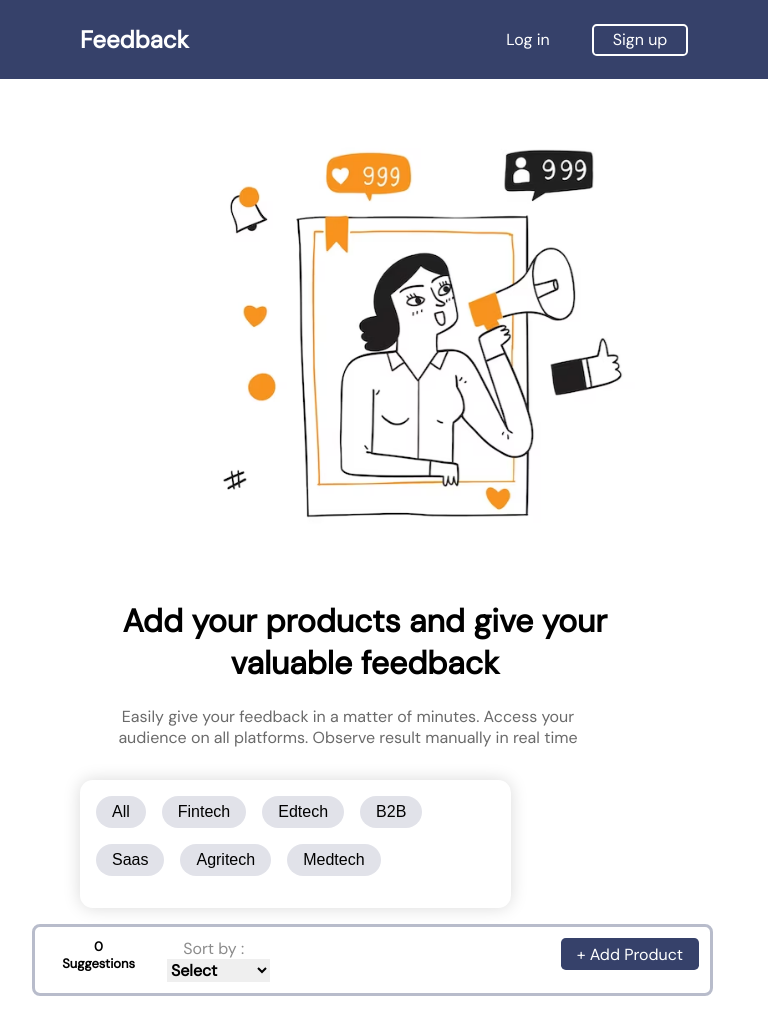
Repository: drumsmanku/final-evaluation-test
Page: / (app in client/)
An editor plug-in stored every save of this project. The page is shown before and after the next save, followed by the edit.
The browser window is 768 px wide. The pictures show the whole page.
The page's requests for data from a server got no answer. The project was rebuilt for these pictures with package versions that can differ from the ones it lists, and the page was loaded fresh each time. No one was signed in, and anything a server would have sent is missing. Also part of the build but not shown: client/src/CSS/LoginPopUp.css, client/src/Components/LoginPopUp.js, client/src/CSS/SignupPopUp.css, client/src/Components/SignupPopUp.js, client/src/CSS/AddProductPopUp.css, client/src/Components/AddProductPopUp.js, client/src/Components/CommentsSection.js, client/src/CSS/SignUp.css and 3 more.

Above is the page before, as saved 2023-08-01 00:46:11.

### client/src/App.js
import './App.css';
import { BrowserRouter as Router, Route, Routes} from 'react-router-dom';
import MainPage from './Components/MainPage';
import SignUp from './Components/SignUp';
import Login from './Components/Login';
function App() {
  return (
    <div className="App">
      <Router>
        <Routes>
          <Route path='/' element={<MainPage/>}/>
          <Route path='/signup' element={<SignUp/>}/>
          <Route path='/login' element={<Login/>}/>
        </Routes>
      </Router>
    </div>
  );
}

export default App;

### client/src/Components/MainPage.js
import React, {useState, useEffect, useMemo} from 'react';
import '../CSS/MainPage.css';
import profile from'../Assets/profilepic.webp';
import img1 from '../Assets/frontphoto.png';
import axios from 'axios';
import comments from '../Assets/comments.png';
import { useNavigate } from 'react-router-dom';
import LoginPopUp from './LoginPopUp';
import SignupPopUp from './SignupPopUp';
import AddProductPopUp from './AddProductPopUp';
import CommentsSection from './CommentsSection';
import upvote from '../Assets/upvote.png';
import comment1 from '../Assets/comment1.png';

const buttonTitles=['All', 'Fintech', 'Edtech', 'B2B', 'Saas', 'Agritech', 'Medtech'];
const buttonStyles={
  padding:'0.2rem 1rem 0.2rem 1rem',
  backgroundColor:'#36416A26',
  fontSize:'medium',
  borderRadius:'1rem',
  border:'none',
  margin:'0 1rem 1rem 0',
  height:'2rem',
  textAlign:'center',
}
const productCardsStyles={
  padding:'1rem',

  width:'98%',
  marginBottom:'1rem',
  display: 'flex',
  borderRadius:'0.5rem'
}
const tagStyles={
  paddingRight:'1.3em',
  paddingLeft:'1.3em',
  backgroundColor:'#C0CEFF',
  fontSize:'small',
  borderRadius:'1rem',
  border:'none',
  height:'1.5rem',
  textAlign:'center',
  display:'flex',
  alignItems:'center',
  marginRight:'1rem',
}

function MainPage() {
  const navigate =useNavigate()
  const [categorySet, setCategorySet]=useState([]);
  const [user, setUser] = useState(localStorage.getItem('user'));
  const [isLoggedIn, setIsLoggedIn]=useState(false);
  const [products, setProdcts]=useState([]);
  const [showLoginModal, setShowLoginModal] = useState(false);
  const [showSignupModal, setShowSignupModal] = useState(false);
  const [showAddModal, setShowAddModal] = useState(false);
  const [isVisible, setIsVisible] = useState(false);
  const [commentProductId, setCommentProductId] = useState(null);
  const [commentsLength, setCommentsLength]=useState(0);
  const [productCounts, setProductCounts] = useState({});
  const [upvotes, setUpvotes]=useState(0);
  const [sortOption, setSortOption] = useState('Select');


  useEffect(()=>{
    const User=localStorage.getItem('user');
    if(User){
      setIsLoggedIn(true);
    }

  }, []);




  const handleLogin = () => {
    setShowLoginModal(true);
  };
  const handleSignup = () => {
    setShowSignupModal(true);
  };
  const handleAdd = () => {
    if (isLoggedIn) {
      setShowAddModal(true);
    } else {
      setShowSignupModal(true);
    }
  };

  const handleShowComments = (productId) => {
    setCommentProductId(productId);
  };
  const handleLogout=()=>{
    localStorage.removeItem('user');
    setIsLoggedIn(false);
    navigate('/login');
  }
  const handleCategoryClick=(event)=>{
    const currentCat=event.target.value;
    if(!categorySet.includes(currentCat)){
      setCategorySet([...categorySet, event.target.value]);
      event.target.style.backgroundColor="#36416A"
    }
    else{
      setCategorySet(categorySet.filter(cat=>cat!=currentCat))
      event.target.style.backgroundColor="#36416A26"
    }

  }

  useEffect(()=>{
    const category=categorySet
    axios.get(`http://localhost:4000/get-prods?category=${category.join(',')}`)
    .then((res)=>{setProdcts(res.data.products);console.log(res.data.products)})
    .catch(err=>console.log(err))

  }, [categorySet]);

  const handleUpvotes=(prodId, event)=>{

    axios.post('http://localhost:4000/add-upvote', {
      productId: prodId,
      upvoteCount:1,
    })
    .then(window.location.reload())
    .catch(err=>console.log(err))
  }

  const sortedProducts = useMemo(() => {
    if (sortOption === 'upvotes') {
      return [...products].sort((a, b) => (b.upvoteCount || 0) - (a.upvoteCount || 0));
    } else if (sortOption === 'comments') {
      return [...products].sort((a, b) => (b.commentsCount || 0) - (a.commentsCount || 0));
    }
    return products;
  }, [products, sortOption]);



  return (
    <div className='main-container'>
      <div className="main-top-container">
        <div className='navbar' >
          <div style={{display:'flex',width:'100%', justifyContent:' space-between', alignItems:'center',}}>
          <h3 style={{marginLeft:'5rem', color:'white', fontSize:'1.5rem'}}>Feedback</h3>
          <div style={{display:'flex', marginRight:'5rem'}}>
              {isLoggedIn ? (
                <>
                  <button style={{background:'none', fontSize:'large', border:'none', fontFamily:'DM Sans', color:'white'}} onClick={handleLogout}>Logout</button>
                  <span style={{color:'white', fontFamily:'DM Sans', fontSize:'large', display:'flex', alignItems:'center', marginLeft:'1rem'}}>Hello! {user}</span>
                  <img src={profile} alt="" height={50} width={50} style={{borderRadius:'100%', marginLeft:'1rem'}} />
                </>
              ) : (
                <>
                   <button className="btn-main-page-login" type="submit" onClick={()=>{navigate('/login')}}>
                    Log in
                  </button>
                  <button type='submit'  className='btn-main-page-register' onClick={()=>{navigate('/signup')}} >Sign up</button>
                </>
              )}



            </div>
          </div>
        </div>
        <div className="title-desc">
          <img src={img1} alt="" height={500} style={{marginLeft:'3rem'}}/>
          <div className='both-texts' style={{display:'flex', flexDirection:'column', marginLeft:'2rem'}}>
              <h1 className='main-heading' style={{maxWidth:'80%'}}> Add your products and give your valuable feedback</h1>
              <span style={{maxWidth:'75%', color:'#6A6A6A'}}>Easily give your feedback in a matter of minutes. Access your audience on all platforms. Observe result manually in real time</span>
          </div>
        </div>
      </div>
      <div className="main-bottom-container">
        <div className="bottom-left">
          <article className='apply-filter' style={{backgroundColor:'#36416A', width:'74%', color:'white', paddingTop:'2rem', borderRadius:'0.8rem', marginBottom:'2rem'}}>
            <h2 style={{marginBottom:'0.4rem',marginLeft:'1rem'}}>Feedback</h2>
            <h5 style={{marginTop:0, marginLeft:'1rem'}}>Apply Filter</h5>
          </article>
          <article className='mapped-cats'style={{width:'65%', borderRadius:'0.8rem', padding:'1em', boxShadow:'0 0 17px #00000026',}}>
             {buttonTitles.map((title, idx)=>(
              <button value={title} onClick={handleCategoryClick} style={{...buttonStyles}} key={idx}>{title}</button>
             ))}
          </article>
        </div>
        <div className="bottom-right">
          <div className='bottom-top-right'>
            <div style={{display:'flex', width:'30%', justifyContent:'space-between',marginLeft:'1rem'}}>
              <span className='suggestions' style={{ fontWeight:'bold', }}>{products.length} Suggestions</span>
              <span>
                <label style={{ fontSize: 'medium', color: '#8B8B8B', marginRight:'0.6rem' }} htmlFor="sort">Sort by :</label>
                <select className='select' style={{border:'none', outline:'none', fontFamily:'DM Sans', fontSize:'medium', fontWeight:'bold'}} value={sortOption} onChange={(e) => setSortOption(e.target.value)}>
                  <option value="Select">Select</option>
                  <option value="upvotes">Upvotes</option>
                  <option value="comments">Comments</option>
                </select>
              </span>
            </div>
            <button className='add-product-button' onClick={handleAdd}>+ Add Product</button>
          </div>
          {showLoginModal && <LoginPopUp closeModal={() => setShowLoginModal(false)} showLoginModal={showLoginModal} setShowSignupModal={setShowSignupModal} />}
          {showSignupModal && (
              <SignupPopUp
                closeModal={() => setShowSignupModal(false)}
                showSignupModal={showSignupModal}
                setShowLoginModal={setShowLoginModal}
              />
            )}
          {isLoggedIn ? (
            showAddModal && (
              <AddProductPopUp
                closeModal={() => setShowAddModal(false)}
                showAddModal={showAddModal}
              />
            )
          ) : (
            showSignupModal && (
              <SignupPopUp
                closeModal={() => setShowSignupModal(false)}
                showSignupModal={showSignupModal}
                setShowLoginModal={setShowLoginModal}
              />
            )
          )}


          <div className="product-cards">
            {
              sortedProducts.map((product, key)=>(
                <div className='main-card-container-div' style={{display:'flex', flexDirection:'column', backgroundColor:'#36416A26',marginBottom:'1rem',borderRadius:'0.5rem', padding:'0 1rem 0 1rem'}}>
                  <div style={{...productCardsStyles}}>
                    <div className='logo' style={{width:'10%'}}>{product.logoURL}</div>
                    <div style={{display:'flex', justifyContent:'space-between', width:"90%"}}>
                      <div className="card-main-info">
                        <h2 style={{marginTop:0, marginBottom:'0.5rem', color:'#36416A'}}>{product.companyName}</h2>
                        <span style={{marginBottom:'1rem'}}>{product.description}</span>
                        <div style={{display:'flex', width:'40%', justifyContent:'space-between'}}>
                          <div style={{display:'flex'}}>
                            {product.category.map((catTitle, idx)=>(
                              <span style={{...tagStyles}}>{catTitle}</span>
                            ))}
                          </div>
                          <button className='comments-button' onClick={() => handleShowComments(product._id)}> <img style={{marginRight:'0.3rem'}} src={comments} alt="" height={25}  />Comment</button>
                        </div>
                      </div>
                      <div className="upvotes">
                        <div className="upvote-container">
                          <button onClick={()=>{handleUpvotes(product._id)}} style={{background:'none', outline:'none', border:'none', cursor:'pointer'}}><img style={{}} src={upvote} alt="" /></button>
                          <span>{product.upvoteCount || 0}</span>
                        </div>
                        <div className='comments-and-edit' style={{height:'50%', display:'flex', alignItems:"center", width:'230%'}}>
                          {isLoggedIn && (<button className='edit-popup-button' type="submit" style={{ cursor:'pointer'}} >Edit</button>)}
                          <div className="comment-count" style={{}}>
                            {product.commentsCount || 0}
                            <img src={comment1} alt="" height={20} style={{marginLeft:'0.2rem'}} />
                          </div>

                        </div>
                      </div>
                    </div>
                  </div>
                  {commentProductId === product._id && <CommentsSection productId={product._id}   />}
                </div>

              ))
            }
          </div>
        </div>
      </div>
    </div>
  )
}

export default MainPage

### client/src/CSS/MainPage.css
@import url('https://fonts.googleapis.com/css2?family=DM+Sans&display=swap');

body{
  font-family: 'DM Sans';
}
.main-container{
  height: 100vh;
  width: 100vw;
  display: flex;
  flex-direction: column;

}
.main-top-container{
  width: 100%;
}
.btn-main-page-login{
  height: 2rem;
  width: 6rem;
  font-weight: 500;
  font-size: medium ;
  background: none;
  border: none;
  border-radius: 0.3rem;
  margin-left: 1rem;
  margin-bottom:0;
  color: white;
  font-family: 'DM Sans';
  cursor: pointer;
}
.btn-main-page-register{
  height: 2rem;
  width: 6rem;
  font-size: medium;
  font-weight: 500;
  background-color: #36416A;
  border: 2px solid white;
  border-radius: 0.3rem;
  margin-left: 1rem;
  margin-bottom:0;
  color: white;
  font-family: 'DM Sans';
  cursor: pointer;
}
.navbar{
  width: 100%;
  background-color: #36416A;
}
.title-desc{
  width: 100%;
  display: flex;
  align-items: center;
  justify-content: space-around;

}
.bottom-left{
  width: 20%;
  display: flex;
  flex-direction: column;
  align-items: center;
  margin-left: 2rem;

}
.bottom-right{
  width: 75%;
}
.main-bottom-container{
  width:100%;
  display: flex;
}
.bottom-top-right{
  width: 98%;
  display: flex;
  justify-content: space-between;
  border: 3px solid #36416A59;
  padding: 0.7rem;
  border-radius: 0.5rem;

}
.add-product-button{
  height: 2rem;
  font-size: medium;
  font-weight: 500;
  background-color: #36416A;
  border:none;
  border-radius: 0.3rem;
  margin-left: 1rem;
  margin-bottom:0;
  color: white;
  font-family: 'DM Sans';
  cursor: pointer;
  padding-left: 1em;
  padding-right: 1em;
}
.product-cards{
  width: 100%;
  display: flex;
  padding-top: 2rem;
  flex-direction: column;
}
.card-main-info{
  width: 100%;
  display: flex;
  flex-direction: column;
}
.comments-button{
  color: #ABABAB;
  border: none;
  outline: none;
  background: none;
  font-size: small;
  letter-spacing: 0.1rem;
  display:flex;
  align-items: center;
  cursor: pointer;
}
.upvotes{
  width: 10%;
  display: flex;
  flex-direction: column;
  align-items: center;
  justify-content: space-between;
}
.upvote-container{
  display: flex;
  flex-direction: column;
  justify-content: space-between;
  padding: 0.5rem 0.2rem 0.5rem 0.2rem;
  background-color: #C7CBD6;
  border-radius:1rem;
  align-items: center;
}
.comment-count{
  display: flex;
  align-items: center;

  height: 100%;
  width: 100%;
  margin-left: 1rem;
}
.edit-popup-button{
  padding-left: 1.7rem;
  padding-right: 1.7rem;
  color: white;
  height: 2rem;
  font-size: medium;
  border-radius: 1rem;
  border: none;
  background-color: #36416A;

}
@media (max-width: 768px) {
  .main-container {
    flex-direction: column;
  }
  .title-desc{
    flex-direction: column;
  }
  .both-texts{
    margin-bottom: 2rem;
    padding-left: 4rem;
  }
  .apply-filter{
    display: none;
  }
  .main-heading{
    max-width: 90%;
  }
  .main-bottom-container{
    flex-direction: column;
    justify-content: center;
  }
  .mapped-cats{
    display: flex;
    max-width: 80%;
    width: 100%;
    margin-bottom: 1rem;
    flex-wrap: wrap;
  }
  .bottom-left{
    width: 80%;
    flex-direction: row;
    margin-right: 0;
    padding-left: 3rem;
  }
  .bottom-top-right{
    width: 85vw;
    font-size: small;
    margin-left: 2rem;
  }
  .suggestions{
    width: 100%;
    margin-right: 2rem;
  }
  .product-cards{
    width: 90vw;
  }
  .main-card-container-div{
    width: 90%;
    font-size: small;
    margin-left: 2rem;

  }
  .comments-and-edit{
    display: block;
    flex-wrap: wrap;
  }
  .edit-popup-button{
    font-size: small;
    padding-left: 1rem;
    padding-right: 1rem;
    margin-top: 1rem;
  }
}
@media (max-width: 480px) {
  .main-container {
    flex-direction: column;
  }
  .title-desc{
    flex-direction: column;
  }
}

Loaded but not shown: client/public/index.html (common file); client/src/index.js (common file); client/src/index.css (common file); client/src/App.css (common file)

After the next save:
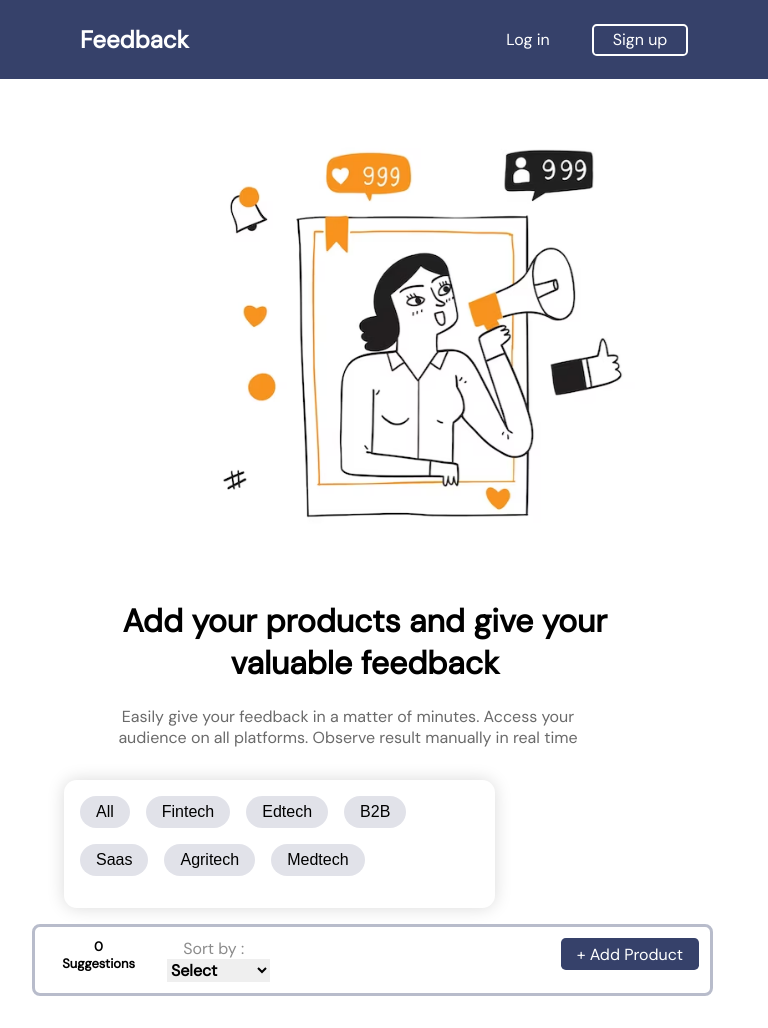
Saved 4 s later.
--- a/client/src/CSS/MainPage.css
+++ b/client/src/CSS/MainPage.css
@@ -180,7 +180,7 @@ body{
     width: 80%;
     flex-direction: row;
     margin-right: 0;
-    padding-left: 3rem;
+    padding-left: 2rem;
   }
   .bottom-top-right{
     width: 85vw;
